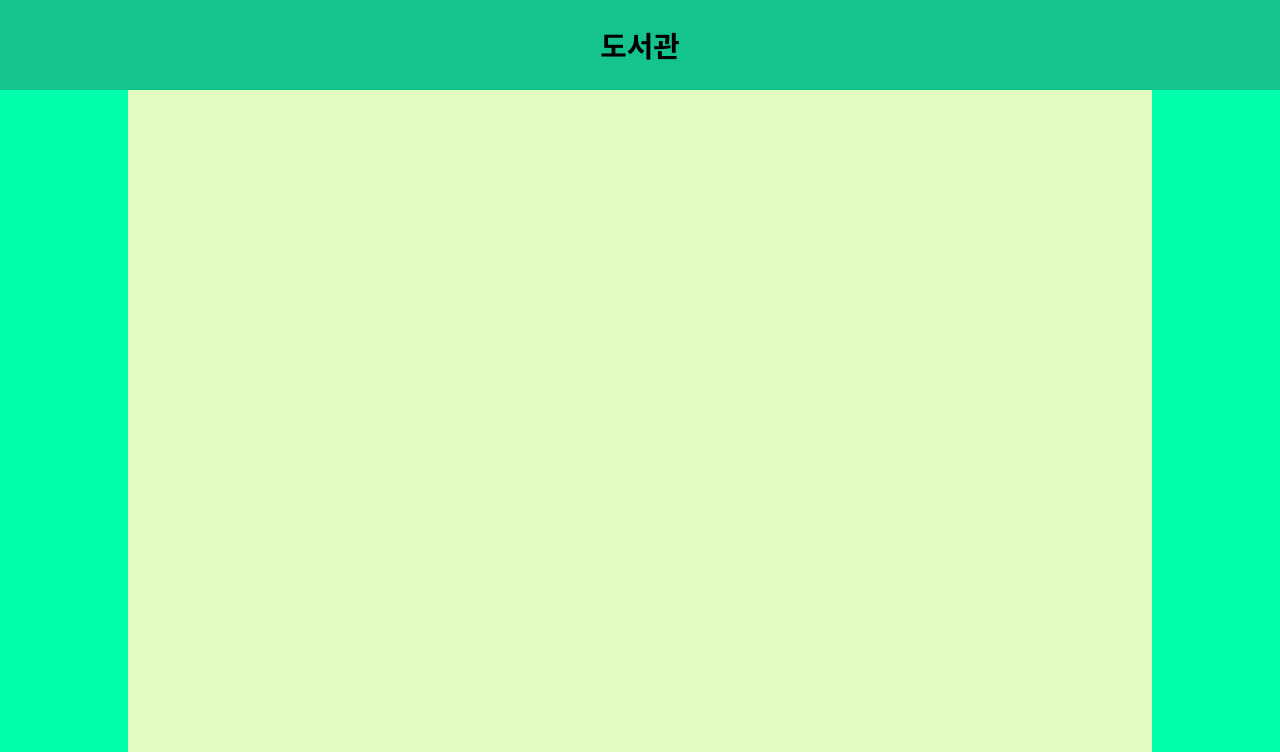
Repository: sojihwan/API_-Multi
Page: / (app in API/)
These files come from the project's save history. The page is drawn as it stood at one moment and after the next save; the edit follows.
The browser window is 1280 px wide. The pictures show the whole page.
The project was rebuilt for these pictures with package versions that can differ from the ones it lists, and the page was loaded fresh each time. Also part of the build but not shown: API/src/App.css.

Above is the page before, as saved 2022-05-24 16:22:15.

### API/src/App.js
import "./App.css";
import Layout from "./Layout/Layout";

function App() {
  return (
    <div>
      <Layout />
    </div>
  );
}

export default App;

### API/src/Layout/layout.js
import React from "react";
import "./Layout.css";
import Section from "./Section";

function Layout() {
  return (
    <div className="layout">
      <header>도서관</header>
      <main>
        <aside></aside>
        <Section />
        <aside></aside>
      </main>
    </div>
  );
}

export default Layout;

### API/src/Layout/layout.css
@import url('https://fonts.googleapis.com/css2?family=Noto+Sans+KR:wght@100&display=swap');

.layout {
  box-sizing: border-box;
  font-family: 'Noto Sans KR', sans-serif;
}

header {
  top: 0px;
  width: 100%;
  height: 90px;
  line-height: 90px;
  text-align: center;
  background: #14C38E;
  font-size: 4vh;
  font-weight: bolder;
}

aside {
  top: 90px;
  background: #00FFAB;
}

main aside:first-child {
  position: absolute;
  left: 0;
  width: 10%;
  height: 91.9%;
}

main {
  display: flex;
  justify-content: center;
  align-items: center;
  min-height: 91.9vh;
  background: #E3FCBF;
}

main aside:last-child {
  position: absolute;
  right: 0;
  width: 10%;
  height: 91.9%;
}

### API/src/Layout/Section.js
import React from "react";
import "../Layout/Section.css";

function Section() {
  return (
    <div className="section">
      <div></div>
    </div>
  );
}

export default Section;

### API/src/Layout/Section.css
.section {
  width: 70%;
  padding: 290px 0;
  text-align: center;
  background: #E3FCBF;
}

Loaded but not shown: API/public/index.html (common file); API/src/index.js (common file); API/src/index.css (common file); API/src/reportWebVitals.js (common file)

After the next save:
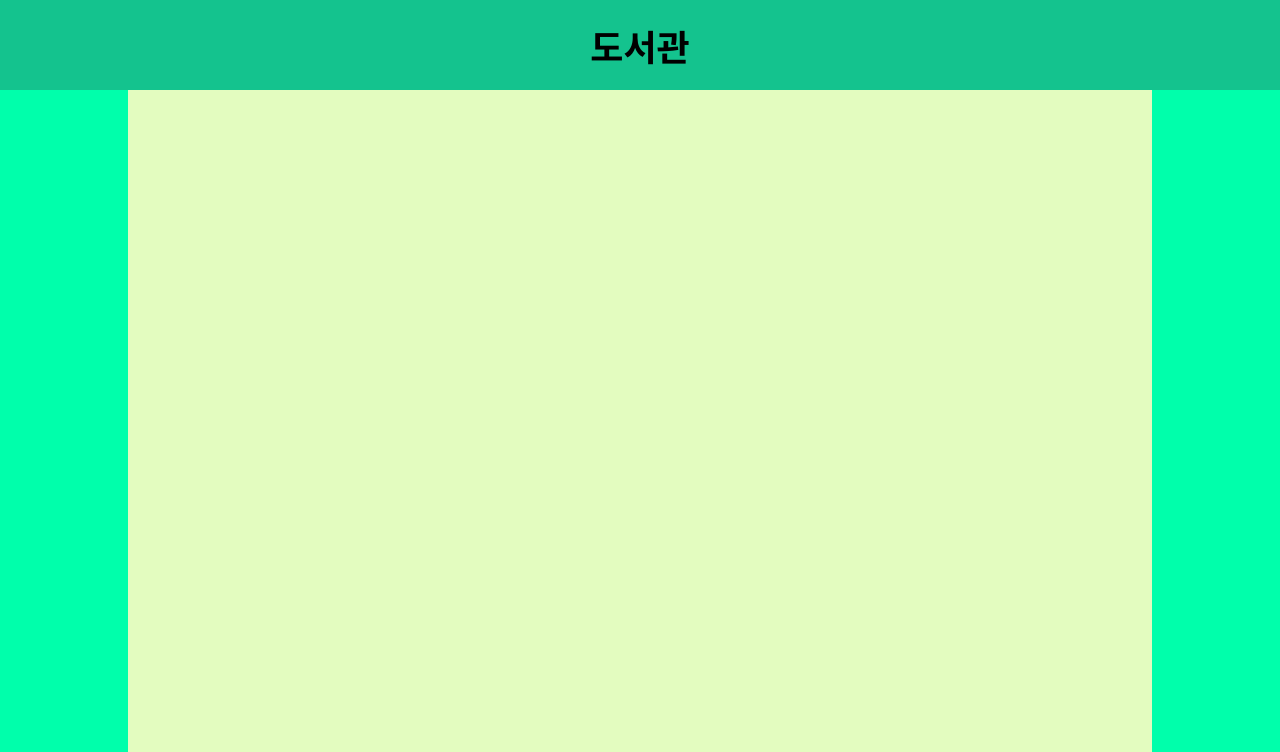
Saved 3 s later.
--- a/API/src/Layout/layout.css
+++ b/API/src/Layout/layout.css
@@ -12,7 +12,7 @@ header {
   line-height: 90px;
   text-align: center;
   background: #14C38E;
-  font-size: 4vh;
+  font-size: 5vh;
   font-weight: bolder;
 }
 
